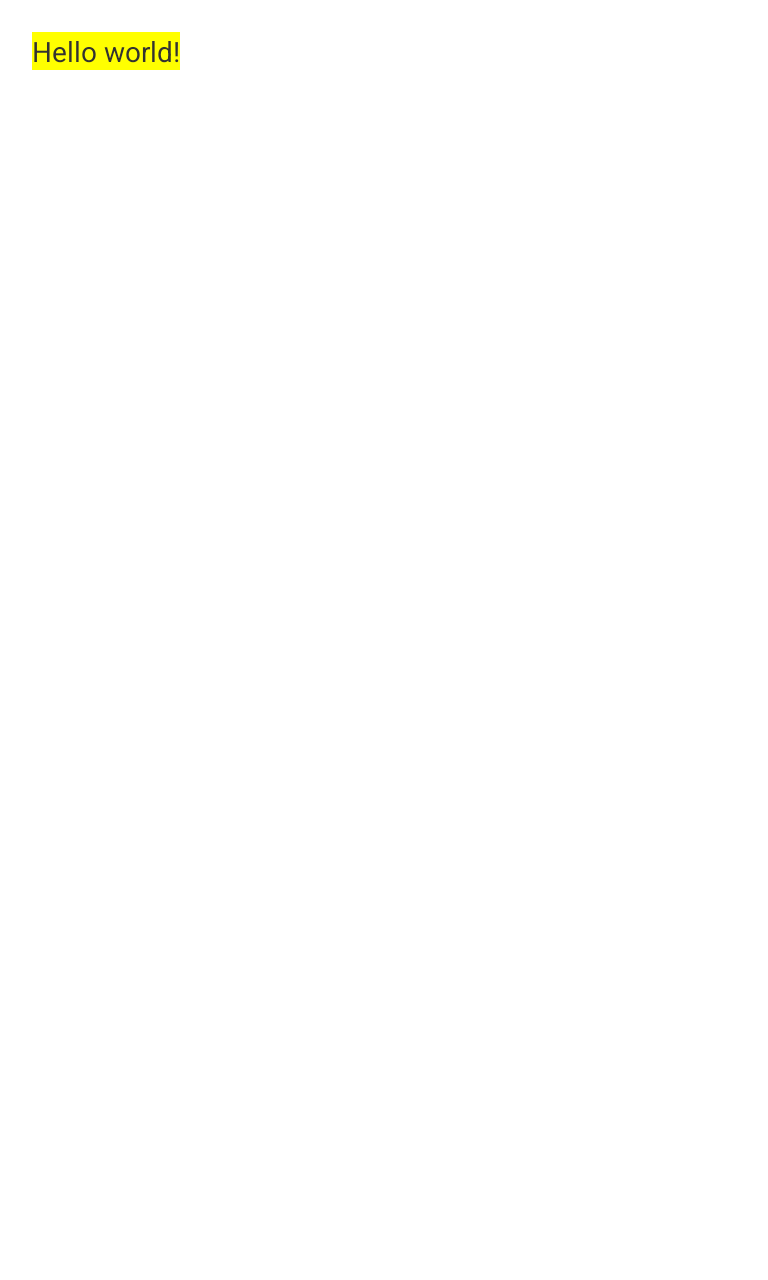
Repository: christianchi/di
Layout: 09 Drawable/DrawableXml/res/layout/activity_main.xml
An editor plug-in stored every save of this project. The layout is shown before and after the next save, followed by the edit.
It is drawn on a 768 x 1280 px phone screen (xhdpi) without system bars, with theme AppTheme; the app's code is not run.

Above is the layout before, as saved 2014-01-22 08:27:24.

After the next save:
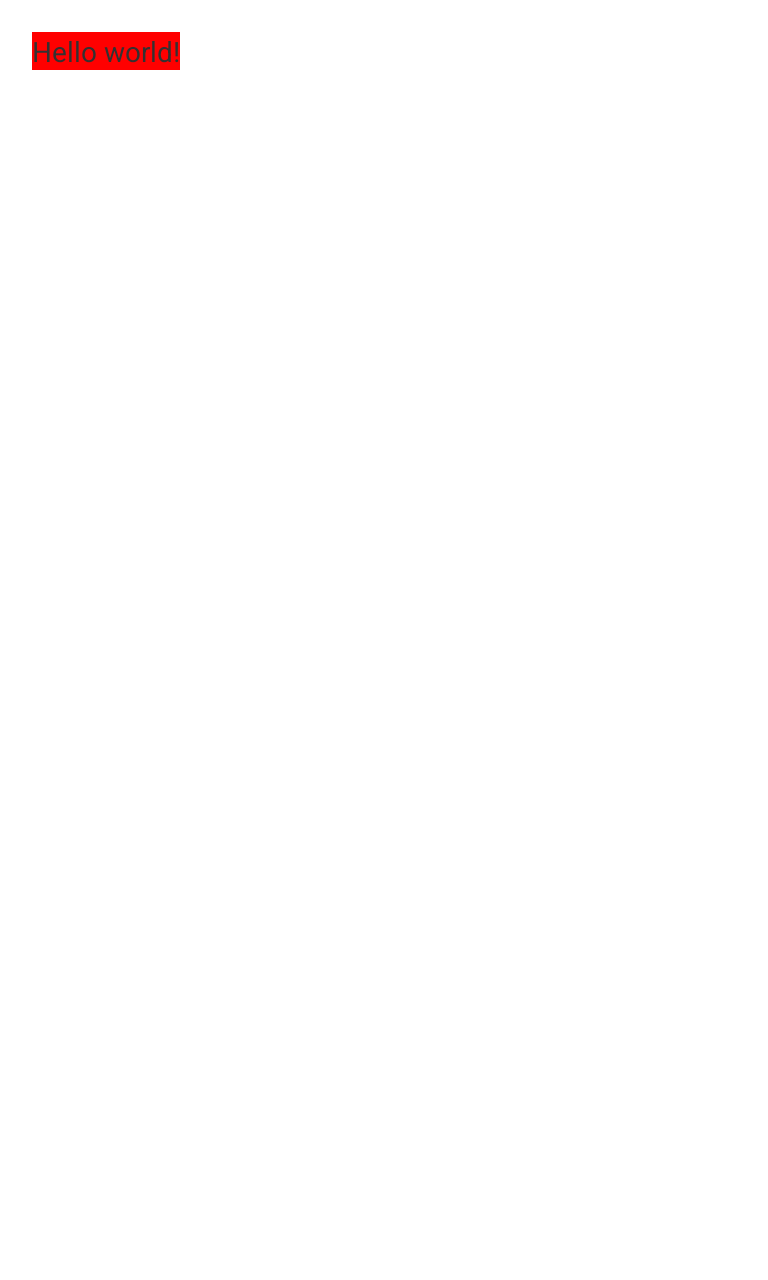
Saved 21 s later.
--- a/09 Drawable/DrawableXml/res/drawable/bg_shape.xml
+++ b/09 Drawable/DrawableXml/res/drawable/bg_shape.xml
@@ -1,6 +1,6 @@
 <?xml version="1.0" encoding="utf-8"?>
 <shape xmlns:android="http://schemas.android.com/apk/res/android"
     android:shape="rectangle" >
-    <solid android:color="#ff0"/>
+    <solid android:color="#f00"/>
 
 </shape>
